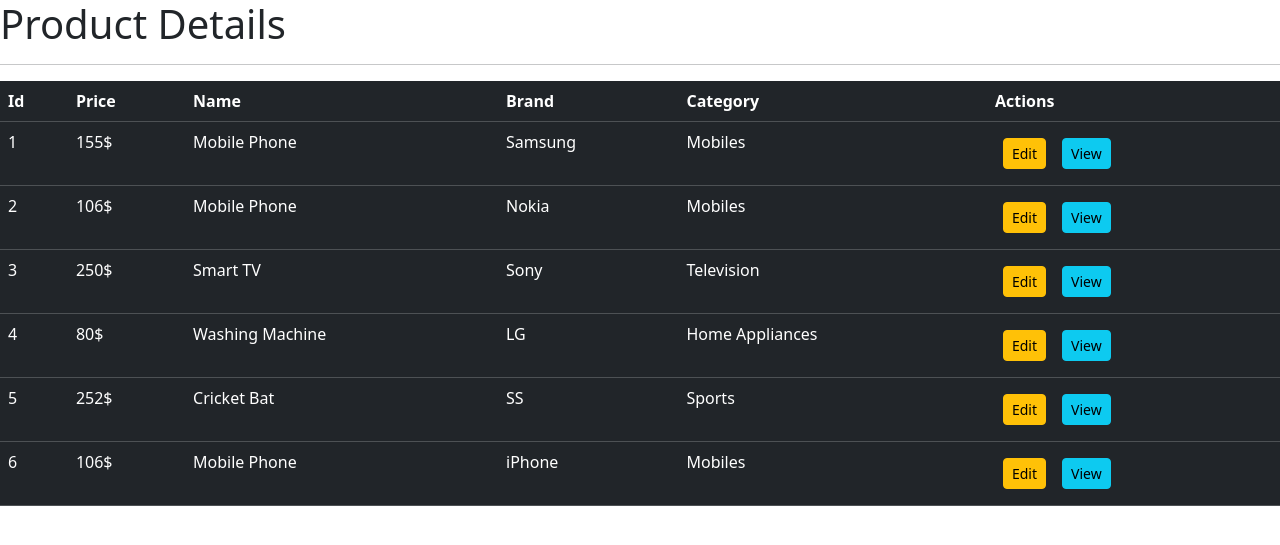
Repository: SriChakraTeja/json-crud
Page: /
An editor plug-in stored every save of this project. The page is shown before and after the next save, followed by the edit.
The browser window is 1280 px wide. The pictures show the whole page.
The project was rebuilt for these pictures with package versions that can differ from the ones it lists, and the page was loaded fresh each time. Requests to the local data server were answered from the project's data file. Also part of the build but not shown: src/components/ProductDetails.js.

Above is the page before, as saved 2023-12-23 14:01:03.

### src/index.js
import React from 'react';
import ReactDOM from 'react-dom/client';
import './index.css';
import App from './App';
import reportWebVitals from './reportWebVitals';
import { BrowserRouter as Router } from 'react-router-dom';
import '../node_modules/bootstrap/dist/css/bootstrap.min.css'

const root = ReactDOM.createRoot(document.getElementById('root'));
root.render(
  <React.StrictMode>
    <Router>
      <App />
    </Router>
  </React.StrictMode>
);

// If you want to start measuring performance in your app, pass a function
// to log results (for example: reportWebVitals(console.log))
// or send to an analytics endpoint. Learn more: https://bit.ly/CRA-vitals
reportWebVitals();

### src/App.js
import React from 'react'
import { Routes,Route } from 'react-router-dom'
import Home from './components/Home'
import ProductDetails from './components/ProductDetails'

const App = () => {
  return (
    <main>
      <Routes>
        <Route path="/" element = {<Home/>}/>
        <Route path='/products/:id' element= {<ProductDetails />} />
      </Routes>
    </main>
  )
}

export default App

### src/components/Home.js
import React, { useEffect } from 'react'
import { useState } from 'react'

const Home = () => {
    const [products, setProducts] = useState([])
    const url = 'http://localhost:3100/products'
    useEffect(()=> {
        fetch(url).then(response=>response.json())
        .then(data=>setProducts(data))
    })
    return (
        <section>
            <h1>
                Product Details
            </h1>
            <hr/>
            <table className='table table-dark'>
                <thead>
                    <tr>
                        <th>Id</th>
                        <th>Price</th>
                        <th>Name</th>
                        <th>Brand</th>
                        <th>Category</th>
                        <th>Actions</th>
                    </tr>
                </thead>
                <tbody>
                    {
                        products.map((product) =>
                            <tr>
                                <td>{product.id}</td>
                                <td>{product.price}$</td>
                                <td>{product.name}</td>
                                <td>{product.brand}</td>
                                <td>{product.category}</td>
                                <td>
                                    <button className='btn btn-sm btn-warning m-2'>Edit</button>
                                    <button className='btn btn-sm btn-info m-2'>View</button>
                                </td>
                            </tr>
                        )
                    }
                </tbody>
            </table>
        </section>
    )
}

export default Home

### db.json
{
    "products" : [
        {
            "id" : 1,
            "price" : 155,
            "name" : "Mobile Phone",
            "brand" : "Samsung",
            "category" : "Mobiles"
        },
        {
            "id" : 2,
            "price" : 106,
            "name" : "Mobile Phone",
            "brand" : "Nokia",
            "category" : "Mobiles"
        },
        {
            "id" : 3,
            "price" : 250,
            "name" : "Smart TV",
            "brand" : "Sony",
            "category" : "Television"
        },
        {
            "id" : 4,
            "price" : 80,
            "name" : "Washing Machine",
            "brand" : "LG",
            "category" : "Home Appliances"
        },
        {
            "id" : 5,
            "price" : 252,
            "name" : "Cricket Bat",
            "brand" : "SS",
            "category" : "Sports"
        },
        {
            "id" : 6,
            "price" : 106,
            "name" : "Mobile Phone",
            "brand" : "iPhone",
            "category" : "Mobiles"
        }
    ]
}

Loaded but not shown: public/index.html (common file); src/index.css (common file); src/reportWebVitals.js (common file)

After the next save:
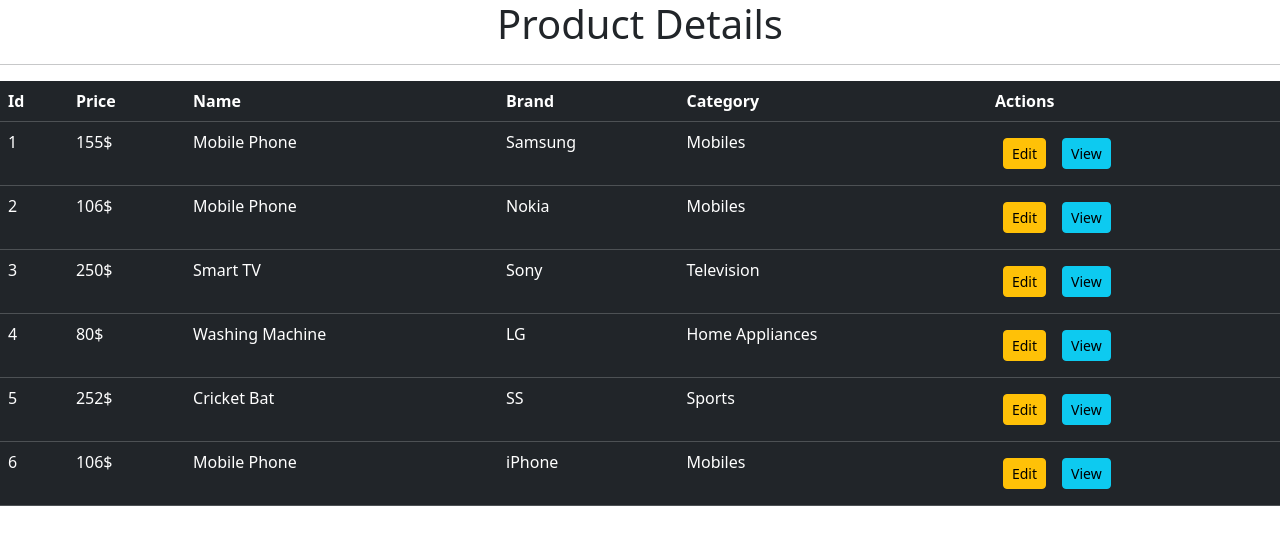
Saved 11 s later.
--- a/src/components/Home.js
+++ b/src/components/Home.js
@@ -10,7 +10,7 @@ const Home = () => {
     })
     return (
         <section>
-            <h1>
+            <h1 className='text-center'>
                 Product Details
             </h1>
             <hr/>
